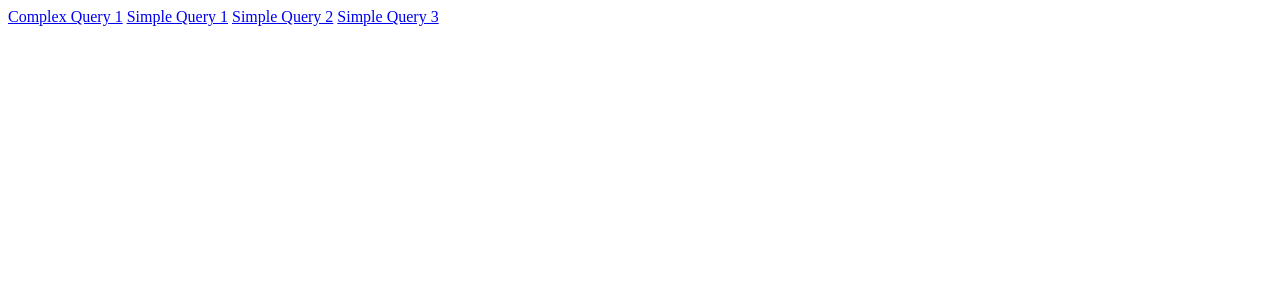
Repository: tanmaysarin/csjobdatabase
Page: http://localhost/CS480Demo/jsps/Queries/AllQueries.jsp
These files come from the project's save history. The page is drawn as it stood at one moment and after the next save; the edit follows.
The browser window is 1280 px wide. The pictures show the whole page.
The page is served by Tomcat 9. Other server files are loaded and not shown.

Above is the page before, as saved 2020-08-02 01:33:16.

### CS480Demo/WebContent/jsps/Queries/AllQueries.jsp
<%@ page language="java" contentType="text/html; charset=UTF-8"
    pageEncoding="UTF-8"%>
<%@ taglib prefix="c" uri="http://java.sun.com/jsp/jstl/core" %>
<!DOCTYPE html PUBLIC "-//W3C//DTD HTML 4.01 Transitional//EN" "http://www.w3.org/TR/html4/loose.dtd">
<html>
<head>
<meta http-equiv="Content-Type" content="text/html; charset=UTF-8">

</head>

	<a href="<%=request.getContextPath()%>/CQuery1Servlet?">Complex Query 1</a>

	<a href="<%=request.getContextPath()%>/SimpleQuery1Servlet?">Simple Query 1</a>

	<a href="<%=request.getContextPath()%>/SimpleQuery2Servlet?">Simple Query 2</a>

	<a href="<%=request.getContextPath()%>/SimpleQuery3Servlet?">Simple Query 3</a>

</body>
</html>

After the next save:
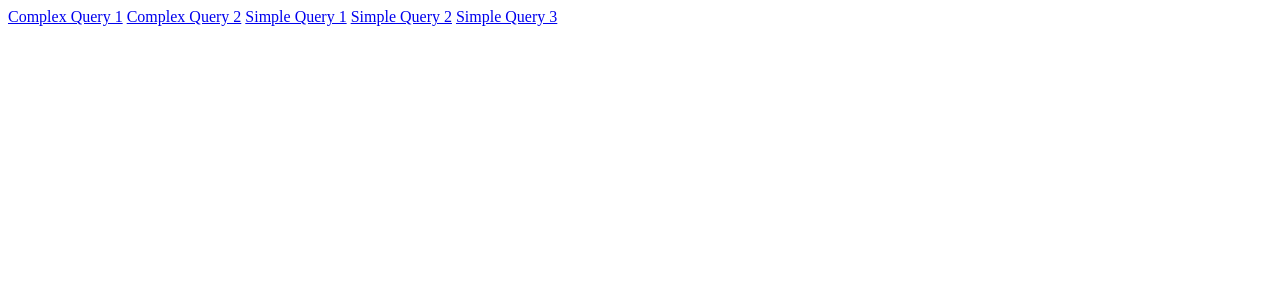
Saved 47 s later.
--- a/CS480Demo/WebContent/jsps/Queries/AllQueries.jsp
+++ b/CS480Demo/WebContent/jsps/Queries/AllQueries.jsp
@@ -10,6 +10,8 @@
 
 	<a href="<%=request.getContextPath()%>/CQuery1Servlet?">Complex Query 1</a>
 
+	<a href="<%=request.getContextPath()%>/CQuery1Servlet?">Complex Query 2</a>
+
 	<a href="<%=request.getContextPath()%>/SimpleQuery1Servlet?">Simple Query 1</a>
 
 	<a href="<%=request.getContextPath()%>/SimpleQuery2Servlet?">Simple Query 2</a>
